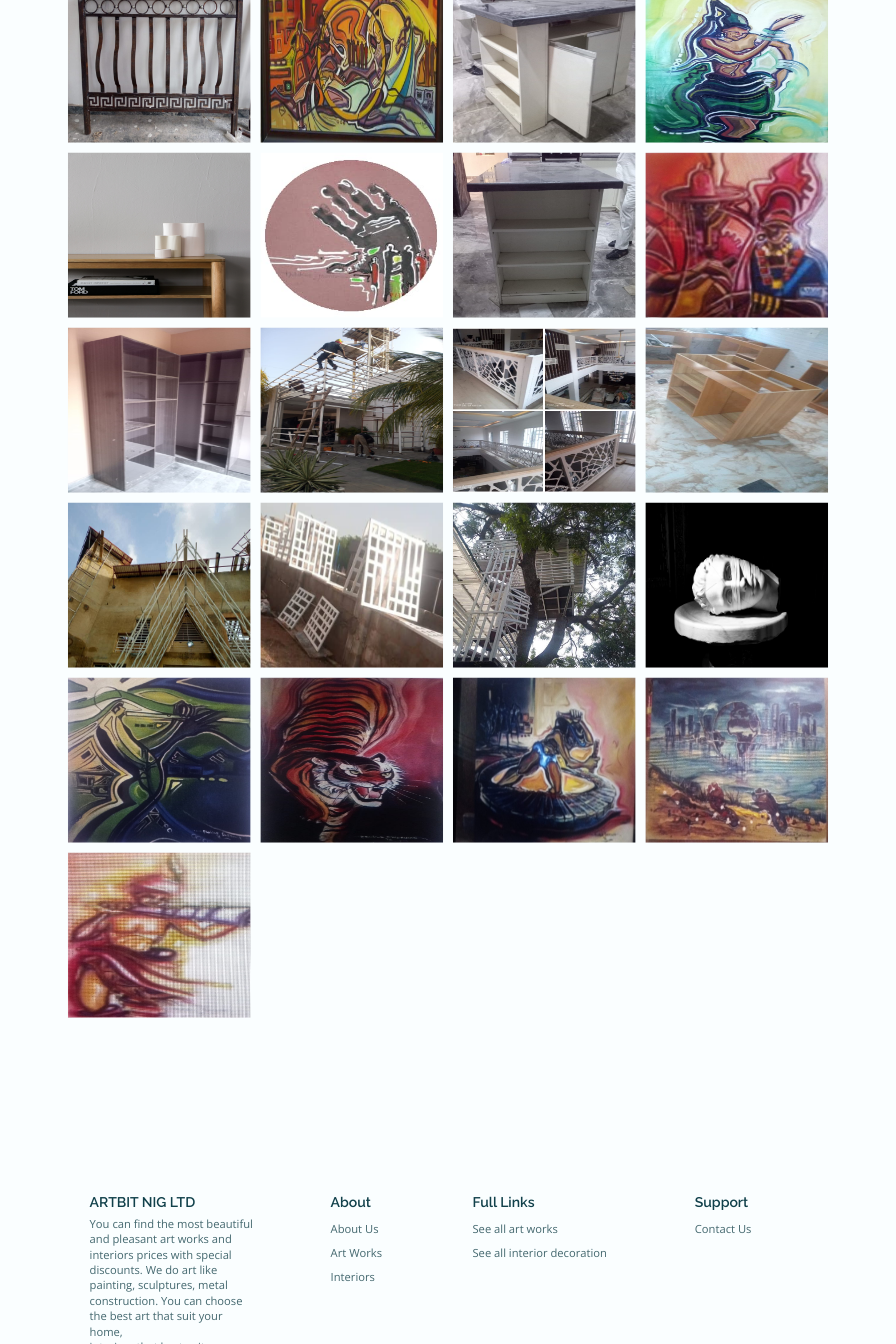
Repository: uche-hub/ARTBIT-WEB
Page: interiors.html
These files come from the project's save history. The page is drawn as it stood at one moment and after the next save; the edit follows.
The browser window is 1280 px wide. The pictures show the part of the page from y = 1057 to 2977 px (the page is 3204 px tall), at 70% of full size.

Above is the page before, as saved 2021-11-17 15:40:22.
Console error: TypeError: Cannot read properties of null (reading 'classList')

After the next save:
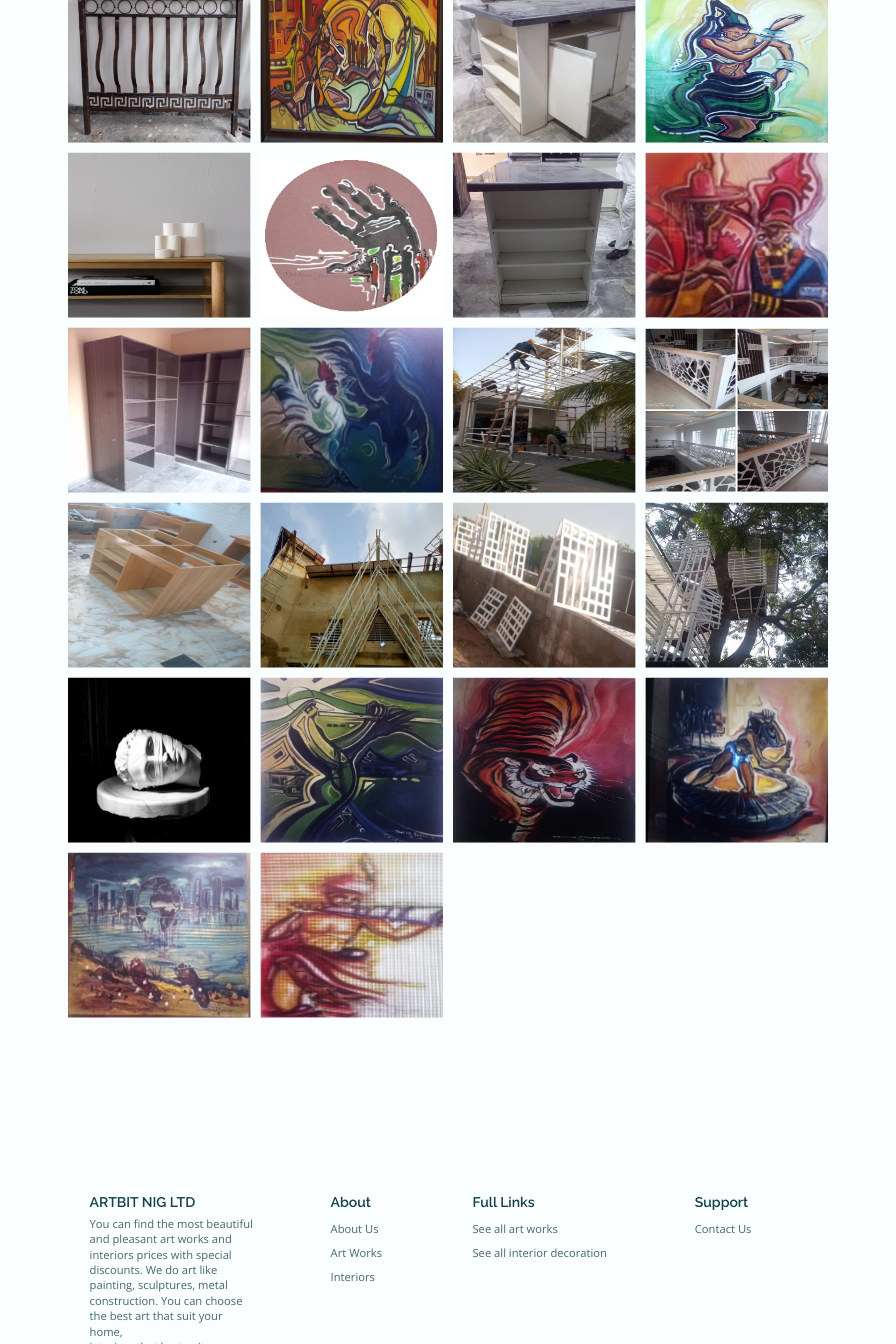
Saved 7 s later.
--- a/interiors.html
+++ b/interiors.html
@@ -143,6 +143,9 @@
             </div>
             <div class="image" data-name="metal">
               <span><img src="/assets/img/i4.jpeg" alt="metal 2" /></span>
+            </div>
+            <div class="image" data-name="metal">
+              <span><img src="/assets/img/a5.jpeg" alt="metal 2" /></span>
             </div>
             <div class="image" data-name="sculptures">
               <span><img src="/assets/img/i5.jpeg" alt="sculptures 2" /></span>
